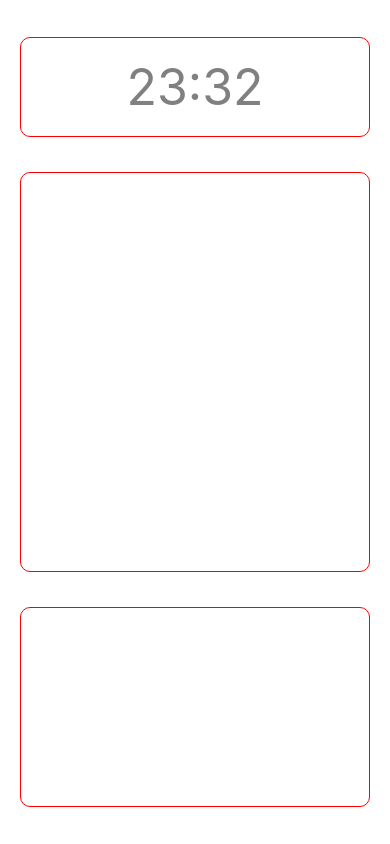
Repository: sonnke/imageResizer
Screen: /
The author's editor kept a copy of each file at every save. The screen is drawn from the files as they stood at one save, then again after the next save.
The app was drawn by React Native's web renderer in a window 390 px wide. The project was rebuilt for these pictures with package versions that can differ from the ones it lists, and the page was loaded fresh each time.

Above is the screen before, as saved 2020-02-02 13:17:33.

After the next save:
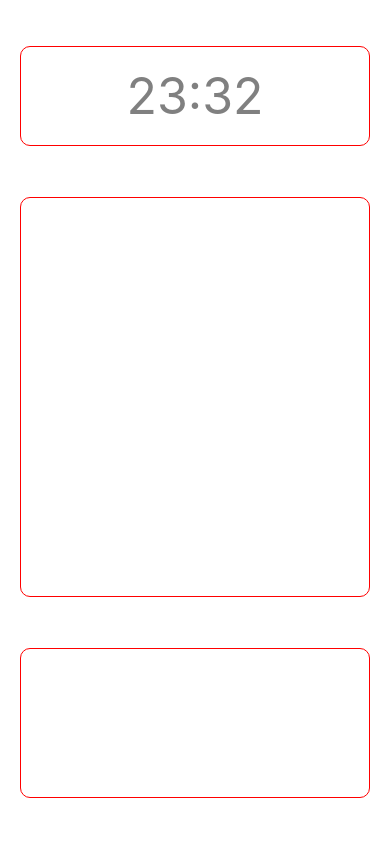
Saved 14 s later.
--- a/App.tsx
+++ b/App.tsx
@@ -32,7 +32,7 @@ const ImageContainer = styled.View`
 
 const SliderContainer = styled.View`
   width: 100%;
-  height: 200px;
+  height: 150px;
   border-width: 1px;
   border-color: red;
   border-radius: 10px;
